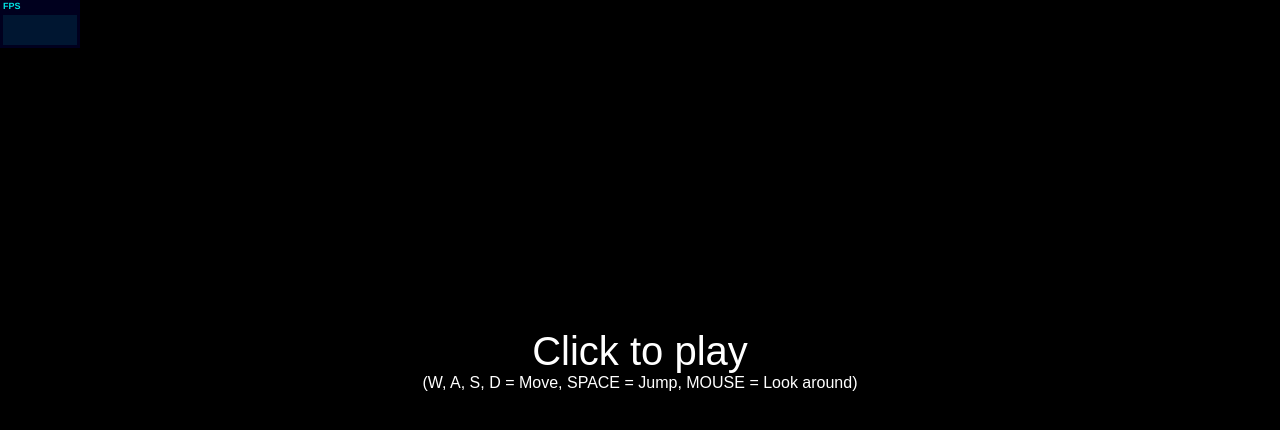
Repository: cxleb/cxleb.github.io
Page: jsapps/threegame/index.html
The author's editor kept a record of every edit. The page is drawn from the files as they stood at one moment, then again after the next edit.
The browser window is 1280 px wide. The pictures show the whole page.

Above is the page before.
Console error: ReferenceError: addObject is not defined

After the next edit:
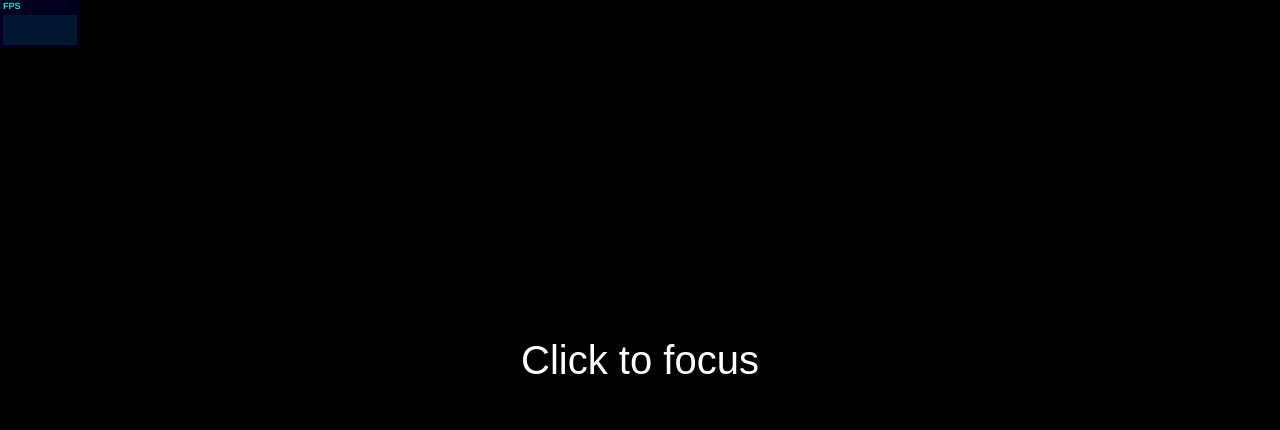
The edit:
--- a/jsapps/threegame/index.html
+++ b/jsapps/threegame/index.html
@@ -52,9 +52,7 @@
 		<div id="blocker">
 
 			<div id="instructions">
-				<span style="font-size:40px">Click to play</span>
-				<br />
-				(W, A, S, D = Move, SPACE = Jump, MOUSE = Look around)
+				<span style="font-size:40px">Click to focus</span>
 			</div>
 
 		</div>
